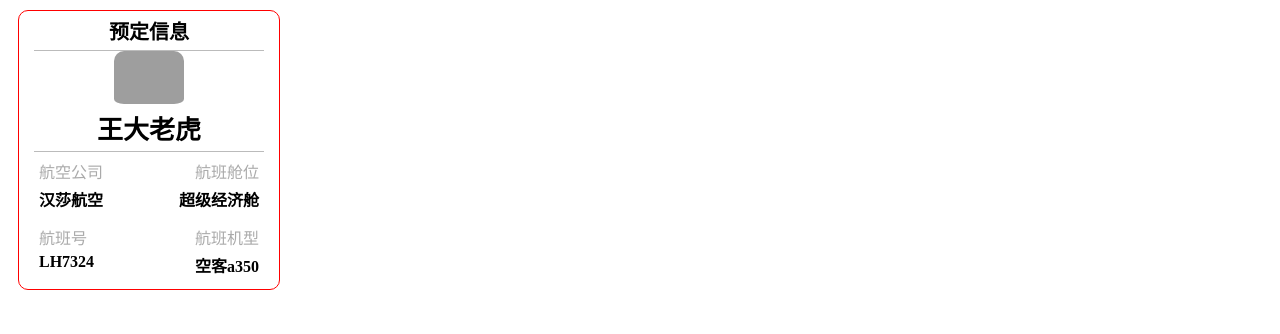
Repository: xzm1997/react-learning
Page: /
An editor plug-in stored every save of this project. The page is shown before and after the next save, followed by the edit.
The browser window is 1280 px wide. The pictures show the whole page.
Pictures or frames that could not be fetched are drawn as grey boxes. The project was rebuilt for these pictures with package versions that can differ from the ones it lists, and the page was loaded fresh each time.

Above is the page before, as saved 2023-01-31 11:09:20.

### src/index.js
import React from 'react';
import ReactDOM from 'react-dom/client';
import './index.css';

export function UserInfo(props) {
  return (
    <div className='userInfo'>
      <img
        src='https://img2.baidu.com/it/u=3201985919,3753707645&fm=253&fmt=auto&app=120&f=JPEG?w=500&h=500'
        alt='ava'
        className='ava'
      ></img>
      <div className='userName'>{props.userName}</div>
    </div>
  )
}

export function InfoShow(props) {
  return (
    <div className='infoShow'>
      <div className='bookTitle'>{props.title}</div>
      <div className='bookContent'>{props.content}</div>
    </div>
  )
}

export function BookInfo(props) {
  return (
    <div className='contentDisplay'>
      <div className='totalTitle'>预定信息</div>
      <UserInfo userName={props.userName} />
      <div className='infoDisplay'>
        <div className='infoItem leftSide'>
          <InfoShow title='航空公司' content={props.ticketInfo.airline}/>
          <InfoShow title='航班号' content={props.ticketInfo.flightNum}/>
        </div>
        <div className='infoItem rightSide'>
          <InfoShow title='航班舱位' content={props.ticketInfo.level}/>
          <InfoShow title='航班机型' content={props.ticketInfo.plane}/>
        </div>
      </div>
    </div>
    )
}

export function Root() {
  const userName = '王大老虎';
  const ticketInfo = {
    airline : '汉莎航空',
    flightNum : 'LH7324',
    level : '超级经济舱',
    plane : '空客a350'
  }
  return (
    <div>
      <BookInfo
        userName={userName}
        ticketInfo={ticketInfo}
      />
    </div>
  )
}

// ========================================

const root = ReactDOM.createRoot(document.getElementById("root"));
root.render(<Root />);

### src/index.css
.contentDisplay {
  width: 250px;
  border: solid 1px red;
  border-radius: 10px;
  padding:5px;
  margin: 10px;
  display: flex;
  flex-direction: column;
  align-items: center;
}

.userInfo {
  display: flex;
  flex-direction: column;
  align-items: center;
  width: 230px;
  padding-bottom: 5px;
  border-bottom: solid 1px #bbb;
}

.ava {
  width: 70px;
  border-radius: 10px;
  padding-bottom: 5px;
}

.userName {
  font-weight: 700;
  font-size: 26px;
}

.bookTitle {
  color: #aaa;
}

.totalTitle {
  font-size: 20px;
  font-weight: 700;
  text-align: center;
  width: 230px;
  padding-bottom: 5px;
  border-bottom: solid 1px #bbb;
}

.bookContent {
  font-weight: 700;
}

.infoShow {
  padding: 5px 0;
}

.bookTitle {
  padding: 2px 0;
}

.bookContent {
  padding: 2px 0;
}

.infoDisplay {
  display: flex;
}

.infoItem {
  width: 110px;
}

.rightSide {
  text-align: right;
}

Loaded but not shown: public/index.html (common file)

After the next save:
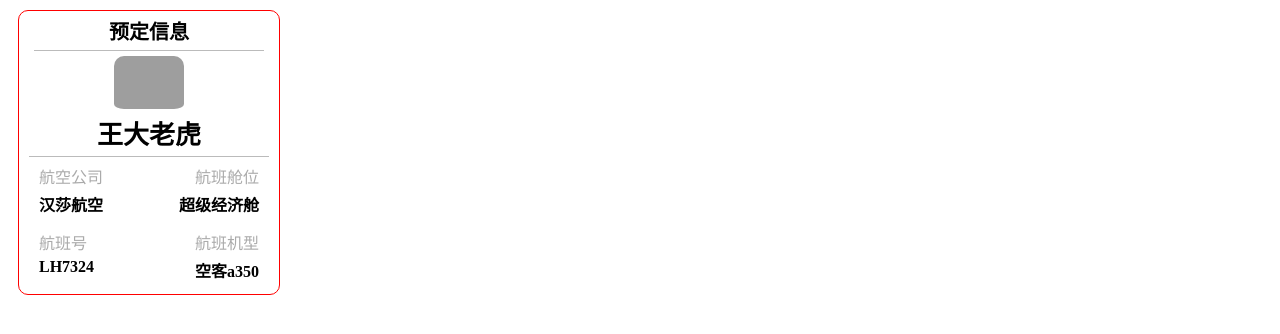
Saved 30 s later.
--- a/src/index.css
+++ b/src/index.css
@@ -14,7 +14,7 @@
   flex-direction: column;
   align-items: center;
   width: 230px;
-  padding-bottom: 5px;
+  padding: 5px;
   border-bottom: solid 1px #bbb;
 }
 
